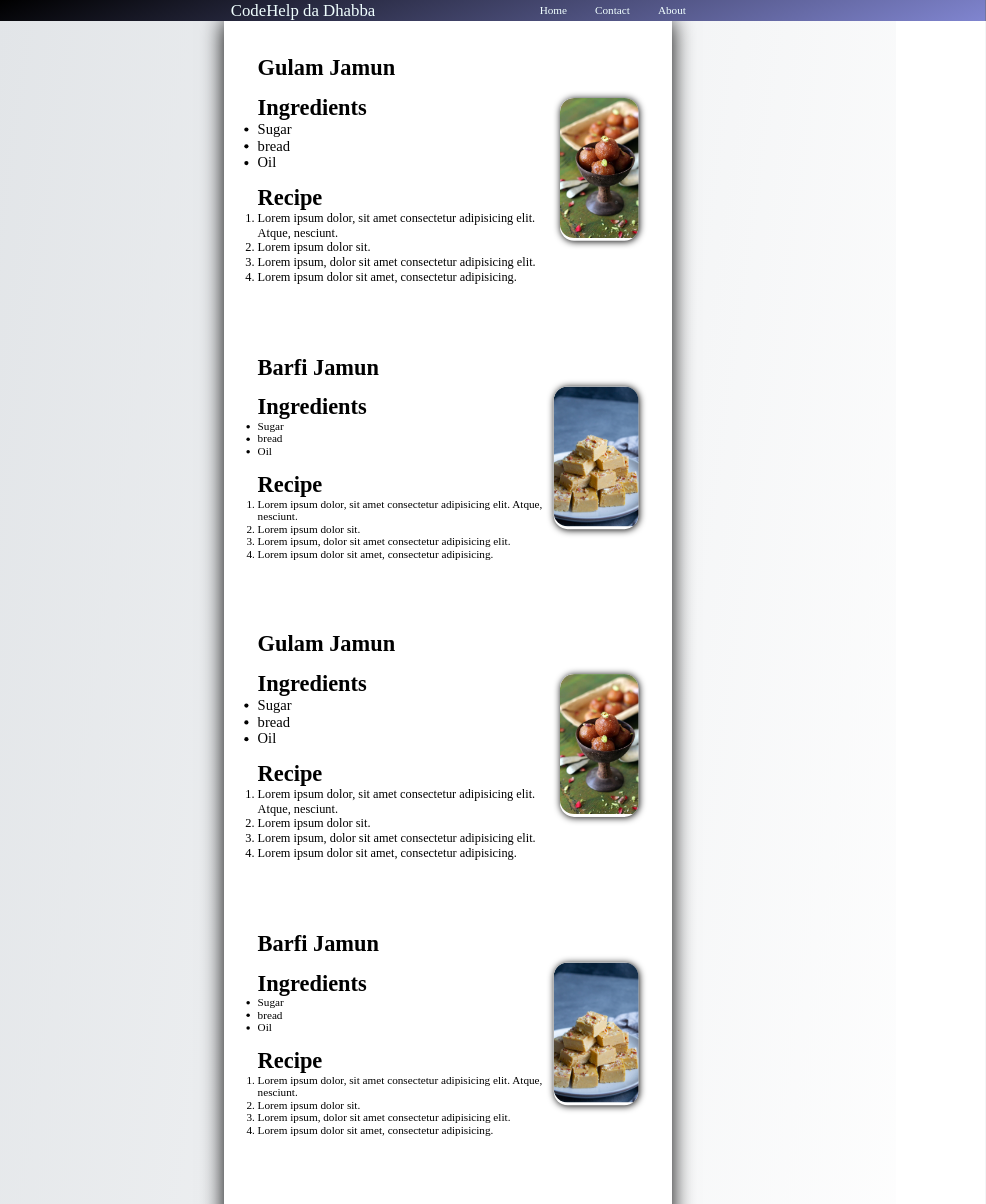
Repository: ssaddamhuss100/Recipe_Html_css
Page: index.html
The author's editor kept a copy of each file at every save. The page is drawn from the files as they stood at one save, then again after a run of saves.
The browser window is 1280 px wide. The page is 1408 px wide, so the pictures cover 1408 px, including what lies to the right of the window. The pictures show the part of the page from y = 0 to 1720 px (the page is 2535 px tall), at 70% of full size.

Above is the page before, as saved 2024-12-12 10:50:27.

After the next 2 saves:
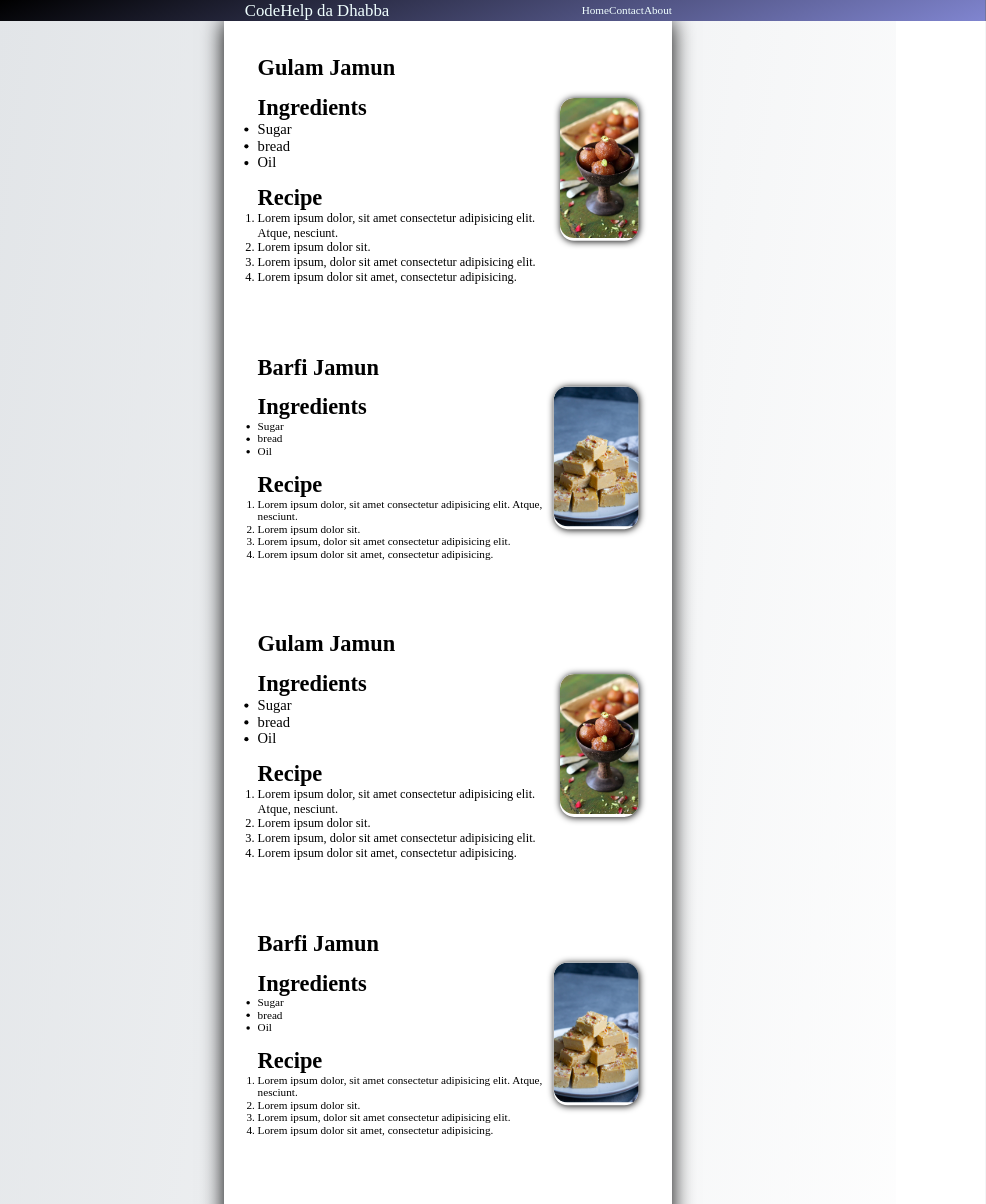
The 2 saves are shown as one change because they came seconds apart.
The last was saved 18 s later.
--- a/style.css
+++ b/style.css
@@ -50,7 +50,7 @@
 }
 #navItems{
     display: flex;
-    gap: 40px;
+    gap:px;
 
 }
 

After the save that followed:
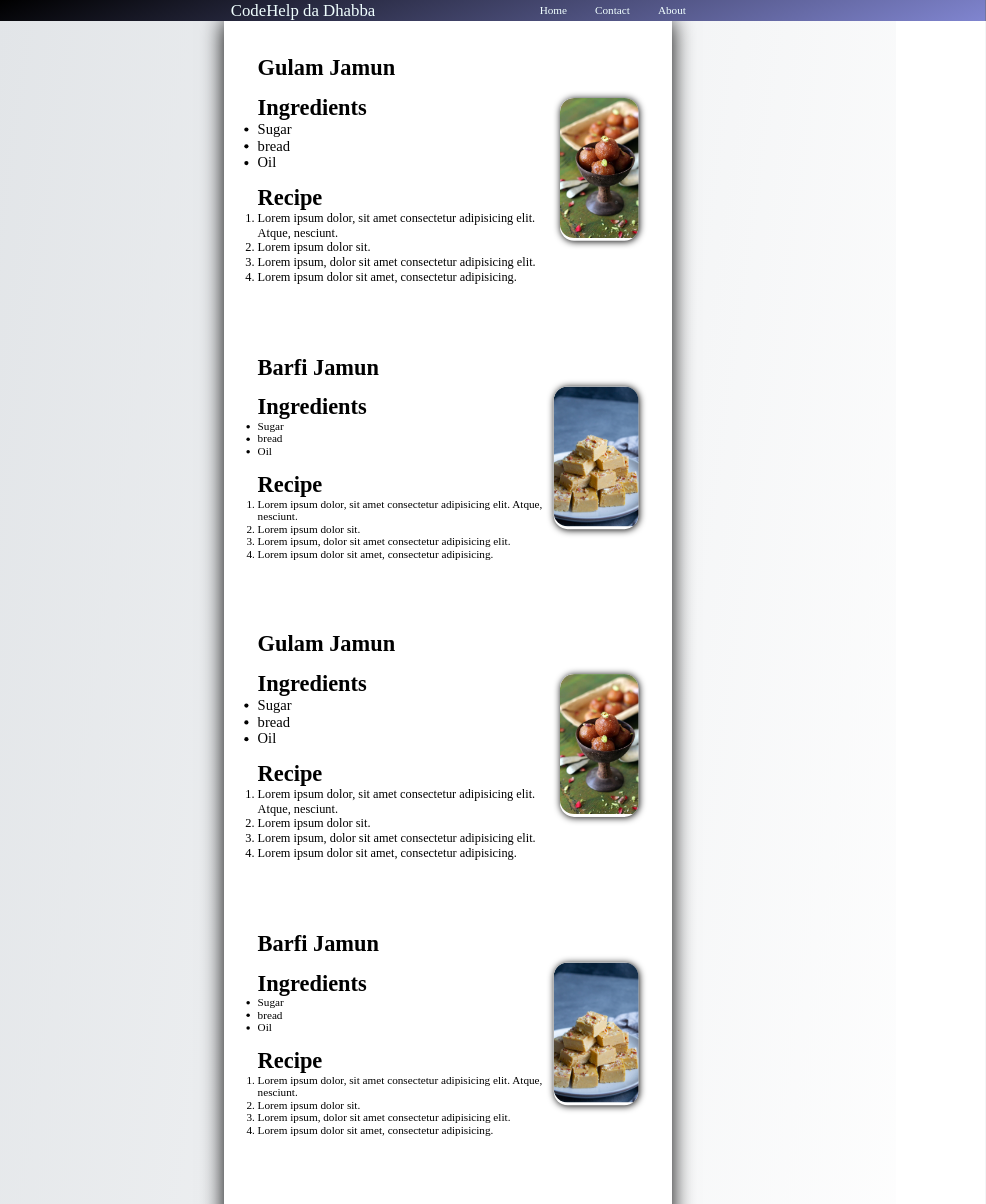
Saved 11 s later.
--- a/style.css
+++ b/style.css
@@ -50,7 +50,7 @@
 }
 #navItems{
     display: flex;
-    gap:px;
+    gap:40px;
 
 }
 
